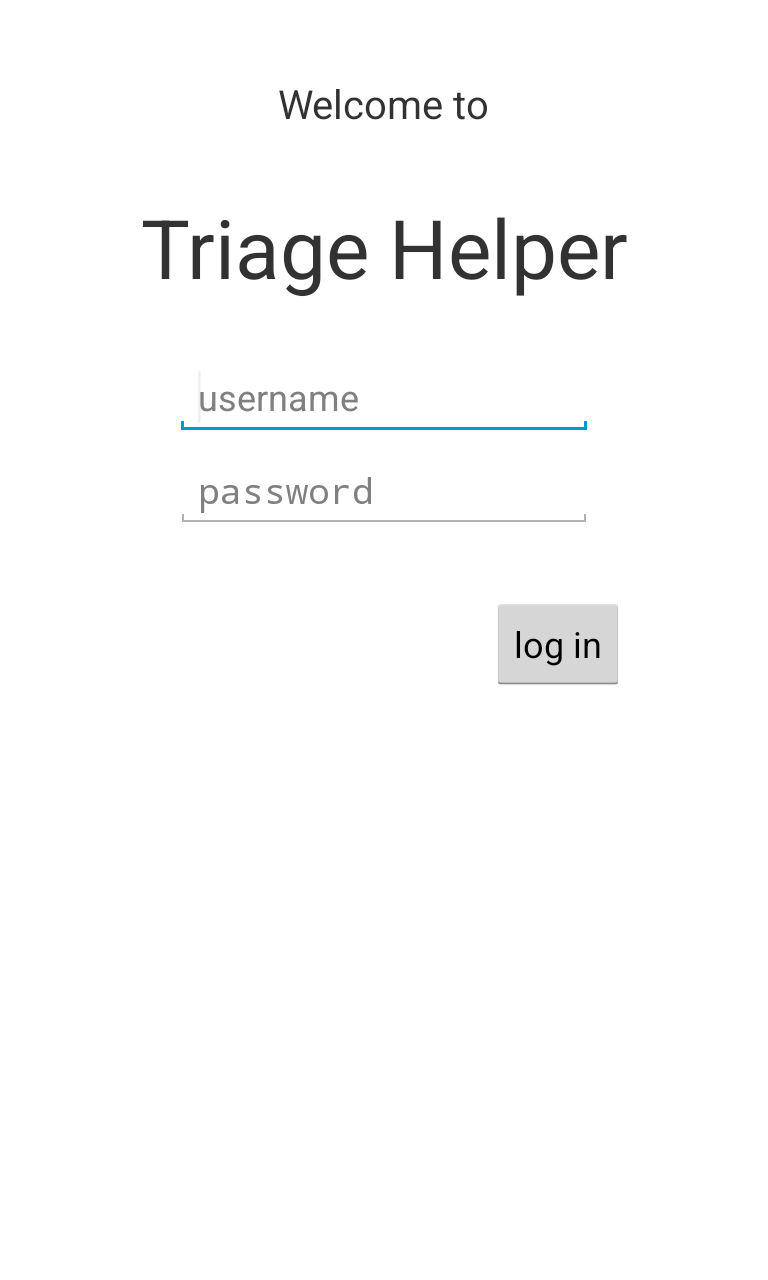
Repository: allleeennn/Git_Phase3
Layout: Phase 2/res/layout/activity_main.xml
These files come from the project's save history. The layout is drawn as it stood at one moment and after the next save; the edit follows.
It is drawn on a 768 x 1280 px phone screen (xhdpi) without system bars, with theme AppTheme; the app's code is not run.

Above is the layout before, as saved 2014-11-20 05:49:10.

### Phase 2/res/layout/activity_main.xml
<RelativeLayout xmlns:android="http://schemas.android.com/apk/res/android"
    xmlns:tools="http://schemas.android.com/tools"
    android:layout_width="match_parent"
    android:layout_height="match_parent"
    android:paddingBottom="@dimen/activity_vertical_margin"
    android:paddingLeft="@dimen/activity_horizontal_margin"
    android:paddingRight="@dimen/activity_horizontal_margin"
    android:paddingTop="@dimen/activity_vertical_margin"
    tools:context=".MainActivity" >

    <TextView
        android:id="@+id/MainTextView2"
        android:layout_width="fill_parent"
        android:layout_height="wrap_content"
        android:layout_below="@+id/MaintextView1"
        android:layout_centerHorizontal="true"
        android:layout_marginTop="31dp"
        android:gravity="center"
        android:text="@string/AppName"
        android:textSize="41sp" />

    <TextView
        android:id="@+id/MaintextView1"
        android:layout_width="wrap_content"
        android:layout_height="wrap_content"
        android:layout_alignParentTop="true"
        android:layout_centerHorizontal="true"
        android:layout_marginTop="22dp"
        android:text="@string/Welcome"
        android:textSize="20sp" />

    <EditText
        android:id="@+id/MainUserName"
        android:layout_width="wrap_content"
        android:layout_height="wrap_content"
        android:layout_below="@+id/MainTextView2"
        android:layout_centerHorizontal="true"
        android:layout_marginTop="28dp"
        android:ems="10"
        android:hint ="@string/Username">

        <requestFocus />
    </EditText>

    <EditText
        android:id="@+id/MainPassword"
        android:layout_width="wrap_content"
        android:layout_height="wrap_content"
        android:layout_below="@+id/MainUserName"
        android:layout_centerHorizontal="true"
        android:layout_marginTop="7dp"
        android:ems="10"
        android:inputType="textPassword"
        android:hint = "@string/Password"/>

    <Button
        android:id="@+id/MainLogin"
        android:layout_width="wrap_content"
        android:layout_height="wrap_content"
        android:layout_below="@+id/MainPassword"
        android:layout_marginTop="33dp"
        android:layout_toRightOf="@+id/MaintextView1"
        android:text="@string/LogIn"
        android:onClick="onClick" />

    <TextView
        android:id="@+id/maintest"
        android:layout_width="wrap_content"
        android:layout_height="wrap_content"
        android:layout_alignLeft="@+id/MainUserName"
        android:layout_below="@+id/MainPassword"
        android:layout_marginTop="15dp"
         />

</RelativeLayout>

### Phase 2/res/values/strings.xml
<?xml version="1.0" encoding="utf-8"?>
<resources>

    <string name="app_name">Hospital System</string>
    <string name="action_settings">Settings</string>
    <string name="Welcome">Welcome to</string>
    <string name="AppName">Triage Helper</string>
    <string name="title_activity_look_up_patient">Search for Patient</string>
    <string name="title_activity_create_new_record">Create a new record</string>
    <string name="title_activity_confirm_patient">Confirm Patient</string>
    <string name="title_activity_previous_record">Previous Records</string>
    <string name="title_activity_individual_data">Individual Data</string>
    <string name="title_activity_visit_record">Visit Record</string>
    <string name="title_activity_vital_signs_update">Vital Signs Update</string>
    <string name="LookUp">Look up existing patient</string>
    <string name="CreateANewRecord">Create a new record</string>
    <string name="Confirm">Confirm</string>
    <string name="HCNinput">Please input a health card number.</string>
    <string name="PreviousRecord">Here are the previous record(s) for patient</string>
    <string name="placeholder">Placeholder</string>
    <string name="IndividualData">Individual Data for patient</string>
    <string name="NameColon">Name: </string>
    <string name="DOBColon">Date of Birth: </string>
    <string name="HCNColon">Health Card Number: </string>
    <string name="VisitRecord">Visit Record of Patient</string>
    <string name="at">at</string>
    <string name="Update">update</string>
    <string name="VitalSignsUpdate">Vital Signs Update</string>
    <string name="addTemperature">add temperature</string>
    <string name="addSystolicPressure">add systolic pressure</string>
    <string name="addDiastolicPressure">add diastolic pressure</string>
    <string name="addHeartRate">add heart rate</string>
    <string name="Cancel">Cancel</string>
    <string name="Save">Save</string>
    <string name="CreateANewVitalSigns">Create a new vital signs record</string>
    <string name="notFunctionaltime">put current date as default here</string>
    <string name="CurrentDate">Current Date:</string>
    <string name="CurrentTime">Current Time:</string>
    <string name="ViewPreviousRecords">Previous Records</string>
    <string name="UpdateRecord">Update Record</string>
    <string name="forPatient">for patient</string>
    <string name="currentT">Use Current Time</string>
    <string name="LogIn">log in</string>
    <string name="Password">password</string>
    <string name="Username">username</string>
    <string name="title_activity_nurse_main">NurseMain</string>
    <string name="hello_world">Hello world!</string>
    <string name="SelectFeature">Please select a feature</string>
    <string name="NewPatient">New Patient</string>
    <string name="WaitingPatientList">Waiting Patients List</string>
    <string name="LookUpPatient">Look Up A Patient</string>
    <string name="CreateRecord">Create A New Record</string>
    <string name="title_activity_new_patient">NewPatient</string>
    <string name="patientInfoInput">"Please input the patient's information"</string>
    <string name="InputPatientName">Firstname Lastname</string>
    <string name="DOBformat">DOB(mm/dd/yyyy)</string>
    <string name="HCNhint">Health Card Number</string>
    <string name="title_activity_physician_main">PhysicianMain</string>
    <string name="SystolicColon">Systolic:</string>
    <string name="DiastolicColon">Diastolic:</string>
    <string name="HeartRateColon">Heart Rate:</string>
    <string name="TemperatureColon">Temperature:</string>
    <string name="TimeColon">Time of Record:</string>
    <string name="newPrescription">New Prescription</string>
    <string name="title_activity_add_prescription">AddPrescription</string>
    <string name="Medication">Medication</string>
    <string name="Instructions">Instructions</string>

</resources>

Loaded but not shown: Phase 2/res/values/styles.xml (common file); Phase 2/res/values-v11/styles.xml (common file); Phase 2/res/values-v14/styles.xml (common file); Phase 2/res/values/dimens.xml (common file); Phase 2/res/values-w820dp/dimens.xml (common file)

After the next save:
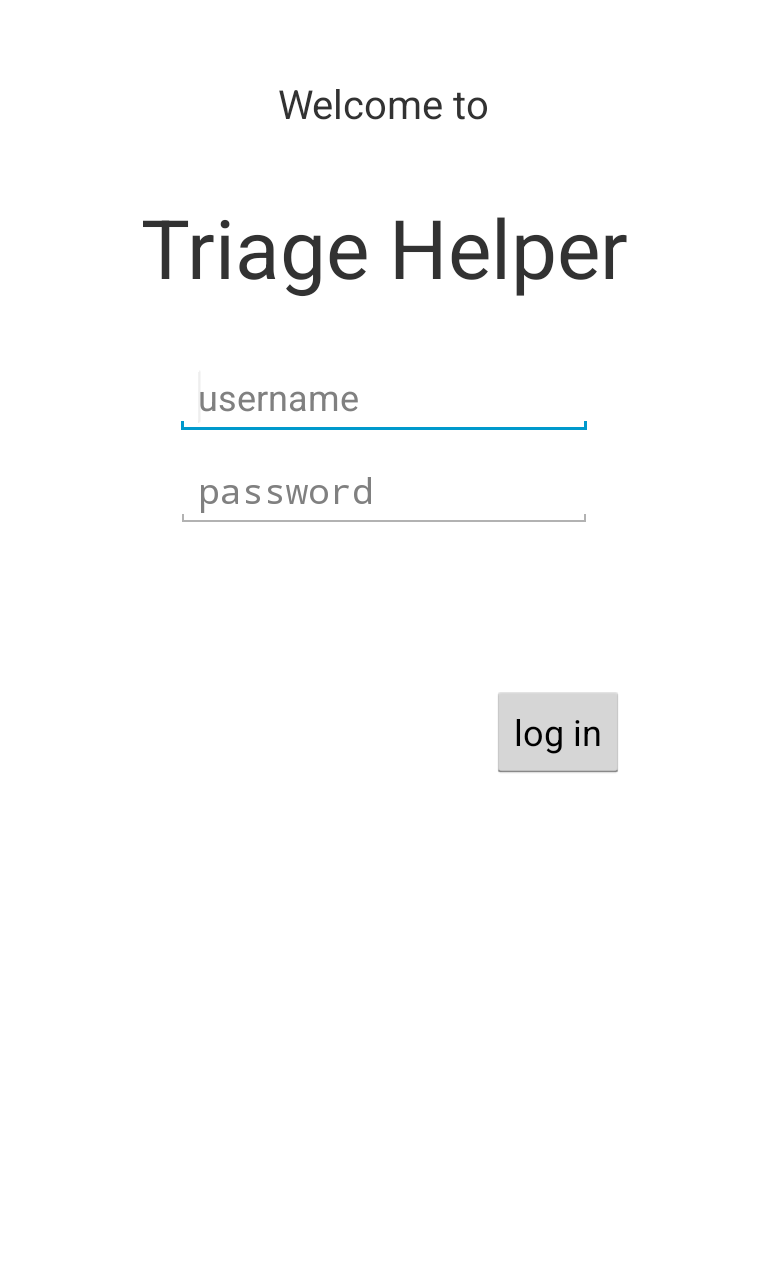
Saved 18 min 41 s later.
--- a/Phase 2/res/layout/activity_main.xml
+++ b/Phase 2/res/layout/activity_main.xml
@@ -53,16 +53,6 @@
         android:inputType="textPassword"
         android:hint = "@string/Password"/>
 
-    <Button
-        android:id="@+id/MainLogin"
-        android:layout_width="wrap_content"
-        android:layout_height="wrap_content"
-        android:layout_below="@+id/MainPassword"
-        android:layout_marginTop="33dp"
-        android:layout_toRightOf="@+id/MaintextView1"
-        android:text="@string/LogIn"
-        android:onClick="onClick" />
-
     <TextView
         android:id="@+id/maintest"
         android:layout_width="wrap_content"
@@ -72,4 +62,21 @@
         android:layout_marginTop="15dp"
          />
 
+    <Button
+        android:id="@+id/MainLogin"
+        android:layout_width="wrap_content"
+        android:layout_height="wrap_content"
+        android:layout_below="@+id/maintest"
+        android:layout_marginTop="43dp"
+        android:layout_toRightOf="@+id/MaintextView1"
+        android:onClick="onClick"
+        android:text="@string/LogIn" />
+
+    <TextView
+        android:id="@+id/textView1"
+        android:layout_width="wrap_content"
+        android:layout_height="wrap_content"
+        android:layout_alignLeft="@+id/maintest"
+        android:layout_alignTop="@+id/maintest" />
+
 </RelativeLayout>
